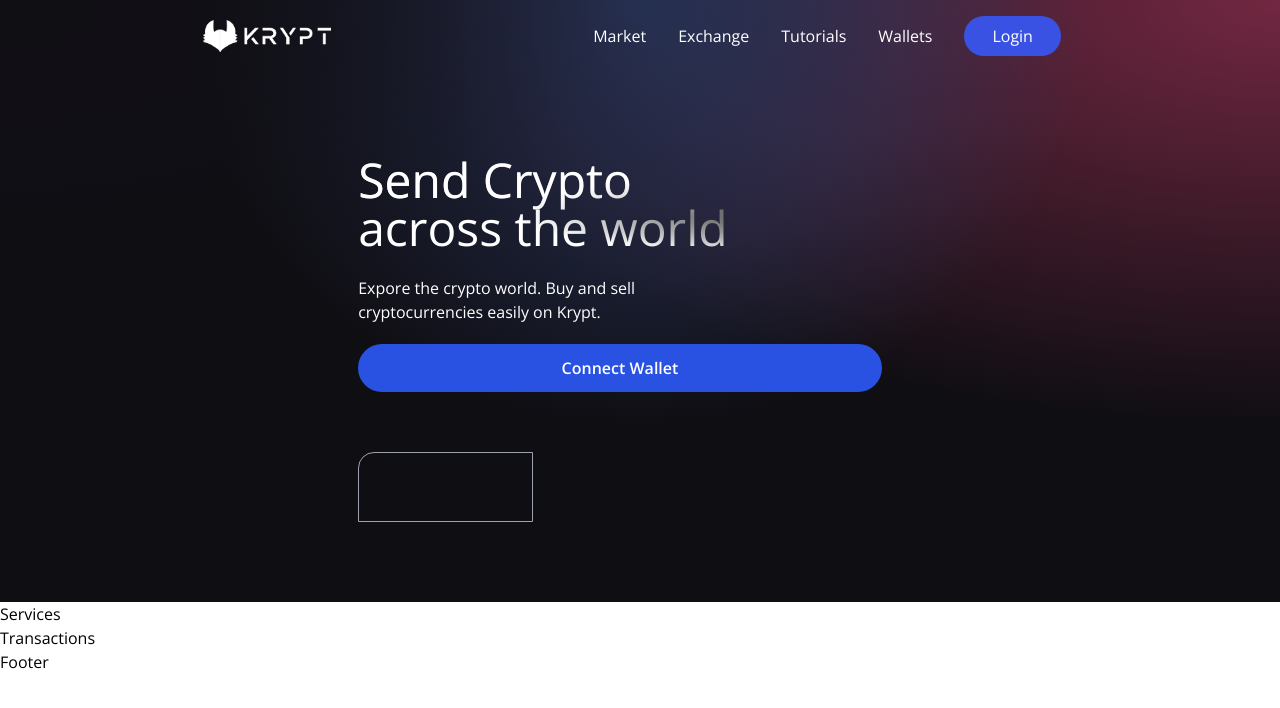
Repository: stephan-chiorean/krypt
Page: / (app in client/)
These files come from the project's save history. The page is drawn as it stood at one moment and after the next save; the edit follows.
The browser window is 1280 px wide. The pictures show the whole page.
The project was rebuilt for these pictures with package versions that can differ from the ones it lists, and the page was loaded fresh each time. Also part of the build but not shown: client/vite.config.js, client/src/components/Loader.jsx.

Above is the page before, as saved 2023-03-28 15:13:09.

After the next save:
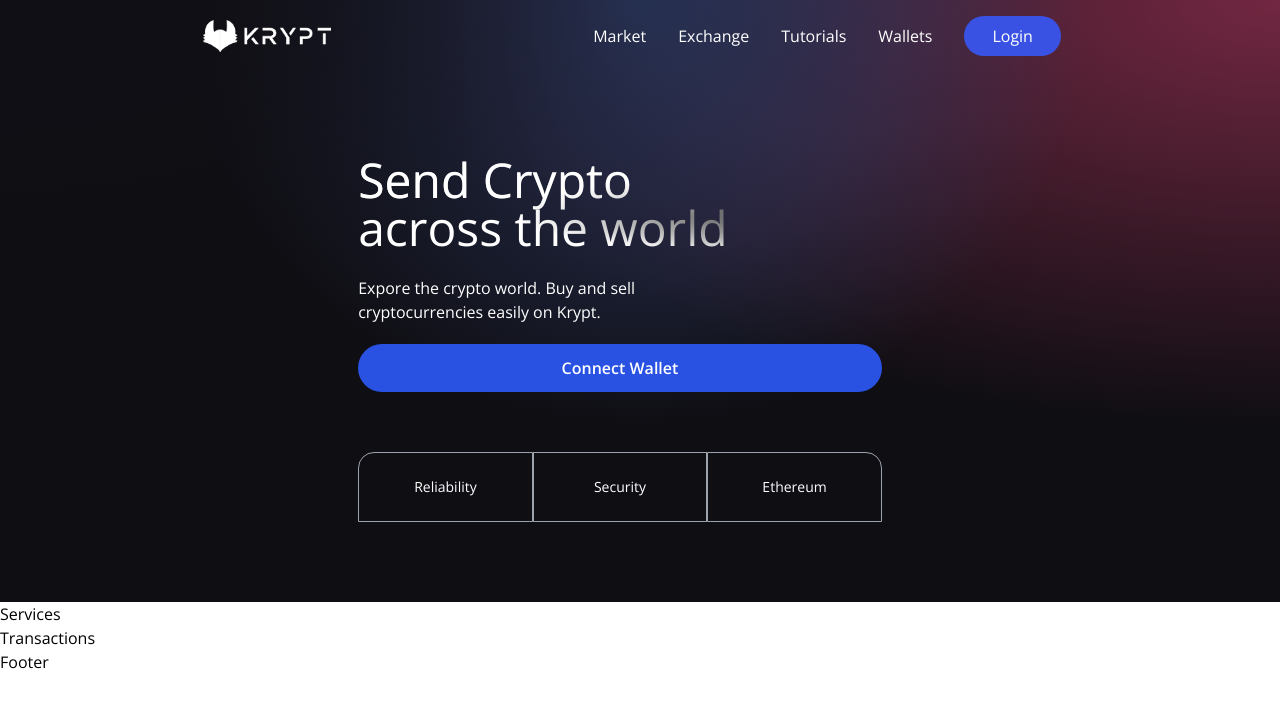
Saved 71 s later.
--- a/client/src/components/Welcome.jsx
+++ b/client/src/components/Welcome.jsx
@@ -24,7 +24,13 @@ export default() => {
           </button>
           <div className="grid sm:grid-cols-3 grid-cols-2 w-full mt-10">
             <div className={`rounded-tl-2xl ${commonStyles}`}>
-
+              Reliability
+            </div>
+            <div className={commonStyles}>
+              Security
+            </div>
+            <div className={`rounded-tr-2xl ${commonStyles}`}>
+              Ethereum
             </div>
           </div>
 
